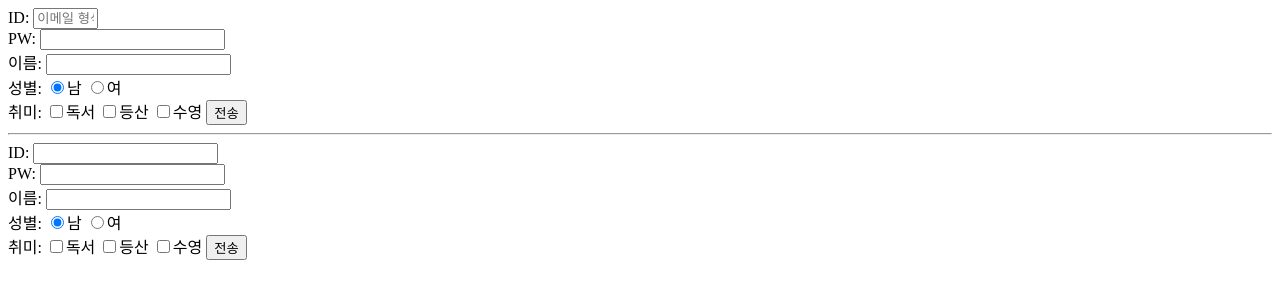
Repository: WonHwiAhn/JAVAClass
Page: 180131_GetParameterValues/WebContent/regist.html
An editor plug-in stored every save of this project. The page is shown before and after the next save, followed by the edit.
The browser window is 1280 px wide. The pictures show the whole page.

Above is the page before, as saved 2018-01-31 01:31:48.

### 180131_GetParameterValues/WebContent/regist.html
<!DOCTYPE html>
<html>
<head>
<meta charset="EUC-KR">
<title>Insert title here</title>
</head>
<body>
	<form action="ms2">
		ID: <input type="text" name="id" placeholder="이메일 형식으로 입력해주세요." size="5"><br>
		PW: <input type="password" name="pw"><br>
		이름: <input type="text" name="userName"><br>
		성별: <input type="radio" name="sex" value="m" checked>남
		<input type="radio" name="sex" value="w">여<br>
		취미: <input type="checkbox" name="hobby" value="0">독서
		<input type="checkbox" name="hobby" value="1">등산
		<input type="checkbox" name="hobby" value="2">수영
		<input type="submit" value="전송">
	</form>

	<hr>

	<form action="ms2" method="post">
		ID: <input type="text" name="id"><br>
		PW: <input type="password" name="pw"><br>
		이름: <input type="text" name="userName"><br>
		성별: <input type="radio" name="sex" value="m" checked>남
		<input type="radio" name="sex" value="w">여<br>
		취미: <input type="checkbox" name="hobby" value="0">독서
		<input type="checkbox" name="hobby" value="1">등산
		<input type="checkbox" name="hobby" value="2">수영
		<input type="submit" value="전송">
	</form>
</body>
</html>

After the next save:
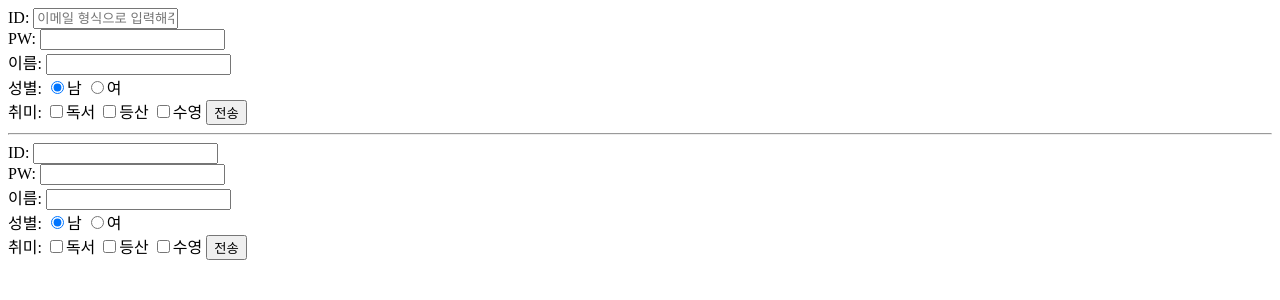
Saved 12 s later.
--- a/180131_GetParameterValues/WebContent/regist.html
+++ b/180131_GetParameterValues/WebContent/regist.html
@@ -6,7 +6,7 @@
 </head>
 <body>
 	<form action="ms2">
-		ID: <input type="text" name="id" placeholder="이메일 형식으로 입력해주세요." size="5"><br>
+		ID: <input type="text" name="id" placeholder="이메일 형식으로 입력해주세요." size="15"><br>
 		PW: <input type="password" name="pw"><br>
 		이름: <input type="text" name="userName"><br>
 		성별: <input type="radio" name="sex" value="m" checked>남
